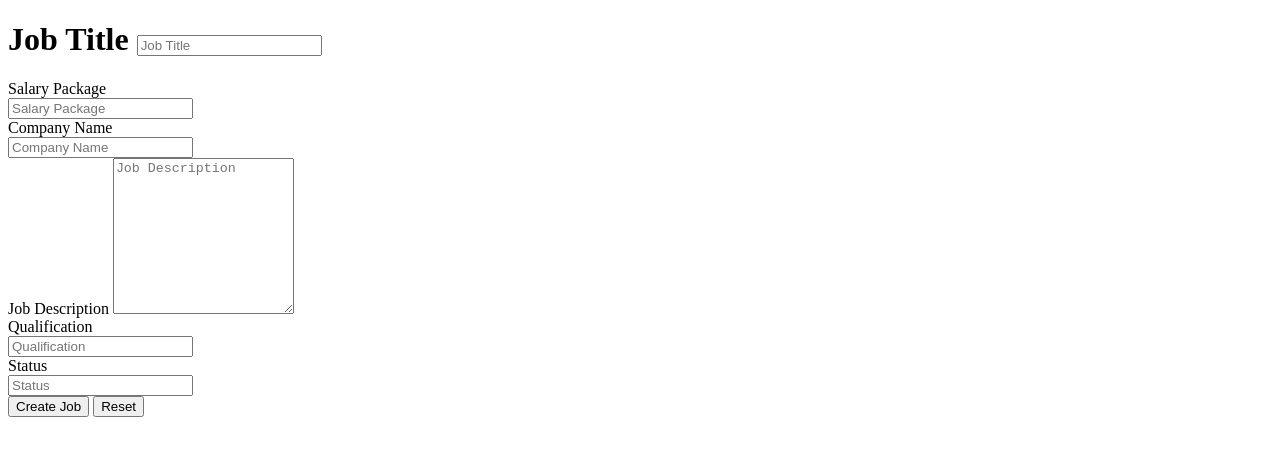
Repository: Indurupi/FriendZone
Page: FriendZoneFrontEnd/WebContent/createjob.html
These files come from the project's save history. The page is drawn as it stood at one moment and after the next save; the edit follows.
The browser window is 1280 px wide. The pictures show the whole page.

Above is the page before, as saved 2017-03-17 10:04:56.

### FriendZoneFrontEnd/WebContent/createjob.html
<!DOCTYPE html>
<html>
<head>
<meta charset="ISO-8859-1">
<title>FriendZone</title>
</head>
<body>
	<div class="container">

		<div class="row">

			<!-- Blog Post Content Column -->
			<div class="col-lg-8">
				<form>

					<h1>
						<div class="form-group">
							<label>Job Title</label> <input type="text" class="form-control"
								placeholder="Job Title">
						</div>
					</h1>
					<div class="lead">
						Salary Package
						<div class="form-group">
							<input type="text" class="form-control"
								placeholder="Salary Package">
						</div>
					</div>

					<div class="lead">
						Company Name
						<div class="form-group">
							<input type="text" class="form-control"
								placeholder="Company Name">
						</div>
					</div>
					<div class="lead form-group">
						Job Description
						<textarea class="form-control" placeholder="Job Description" rows="10"></textarea>
					</div>
					<div class="lead">
						Qualification
						<div class="form-group">
							<input type="text" class="form-control"
								placeholder="Qualification">
						</div>
					</div>
					<div class="lead">
						Status
						<div class="form-group">
							<input type="text" class="form-control" placeholder="Status">
						</div>
					</div>

					<button class="btn" id="custom-button" type="submit">Create
						Job</button>
					<button class="btn" id="custom-button" ng-click="" type="reset">Reset</button>
				</form>
			</div>

		</div>

	</div>
</body>
</html>

After the next save:
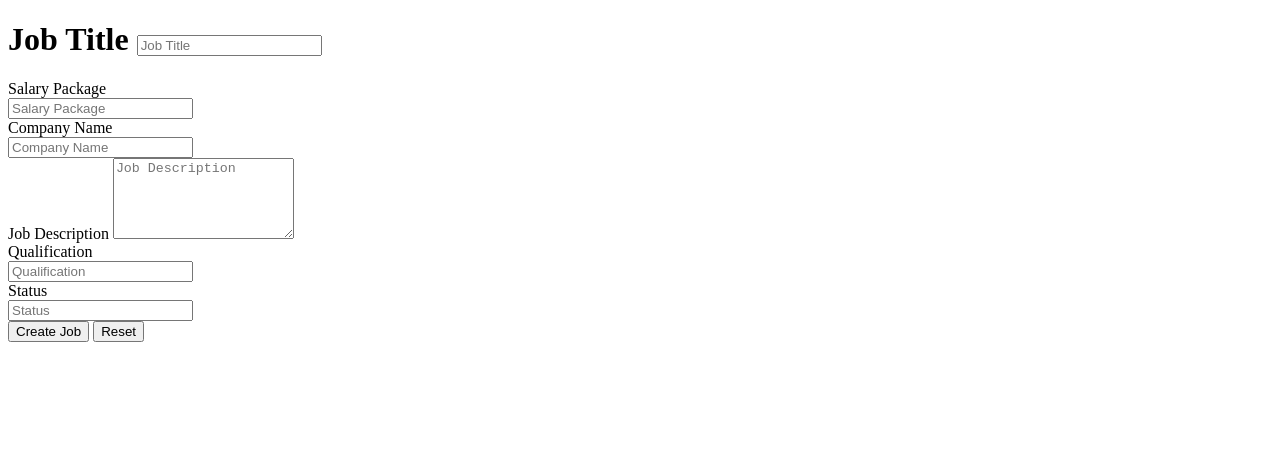
Saved 11 s later.
--- a/FriendZoneFrontEnd/WebContent/createjob.html
+++ b/FriendZoneFrontEnd/WebContent/createjob.html
@@ -36,7 +36,7 @@
 					</div>
 					<div class="lead form-group">
 						Job Description
-						<textarea class="form-control" placeholder="Job Description" rows="10"></textarea>
+						<textarea class="form-control" placeholder="Job Description" rows="5"></textarea>
 					</div>
 					<div class="lead">
 						Qualification
